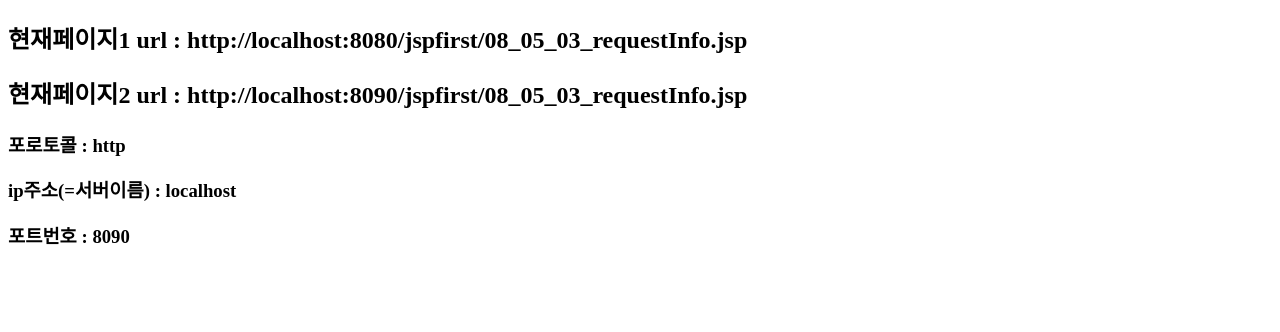
Repository: zhyuk/FullStackStudy
Page: http://localhost/jspfirst/08_05_03_requestInfo.jsp
The author's editor kept a copy of each file at every save. The page is drawn from the files as they stood at one save, then again after the next save.
The browser window is 1280 px wide. The pictures show the whole page.
The page is served by Tomcat 9. Other server files are loaded and not shown.

Above is the page before, as saved 2024-08-28 01:11:39.

### jsp/jspwork/jspfirst/src/main/webapp/08_05_03_requestInfo.jsp
<%@ page language="java" contentType="text/html; charset=UTF-8"
    pageEncoding="UTF-8"%>
<% request.setCharacterEncoding("UTF-8"); %>
<!DOCTYPE html>
<html>
<head>
<meta charset="UTF-8">
<title>Insert title here</title>
</head>
<body>
	<h2>현재페이지1 url : <%= request.getRequestURL() %></h2>
	<h2>현재페이지2 url : http://localhost:8090/jspfirst/08_05_03_requestInfo.jsp</h2>
	<h3>포로토콜 : http</h3>
	<h3>ip주소(=서버이름) : localhost</h3>
	<h3>포트번호 : 8090</h3>
</body>
</html>

After the next save:
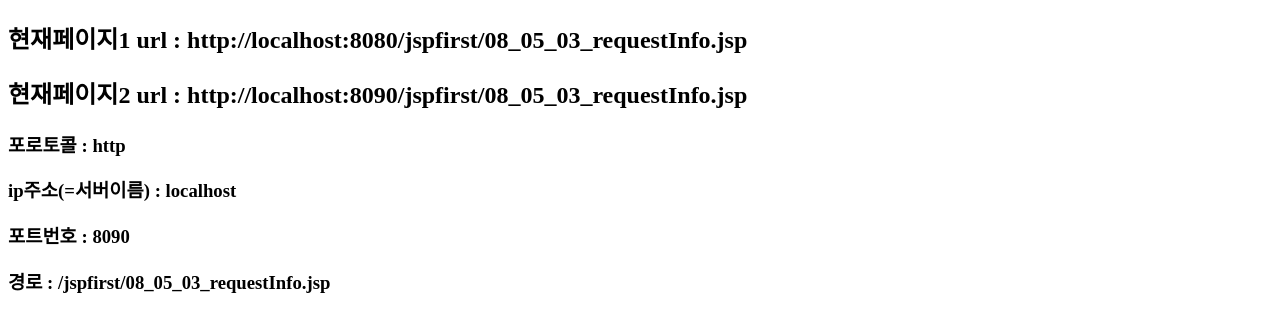
Saved 59 s later.
--- a/jsp/jspwork/jspfirst/src/main/webapp/08_05_03_requestInfo.jsp
+++ b/jsp/jspwork/jspfirst/src/main/webapp/08_05_03_requestInfo.jsp
@@ -13,5 +13,11 @@
 	<h3>포로토콜 : http</h3>
 	<h3>ip주소(=서버이름) : localhost</h3>
 	<h3>포트번호 : 8090</h3>
+	<h3>경로 : /jspfirst/08_05_03_requestInfo.jsp</h3>
+	<dl>
+		<dt><strong style="font-weight:border"></strong></dt>
+		<dt></dt>
+		<dt></dt>
+	</dl>
 </body>
 </html>
